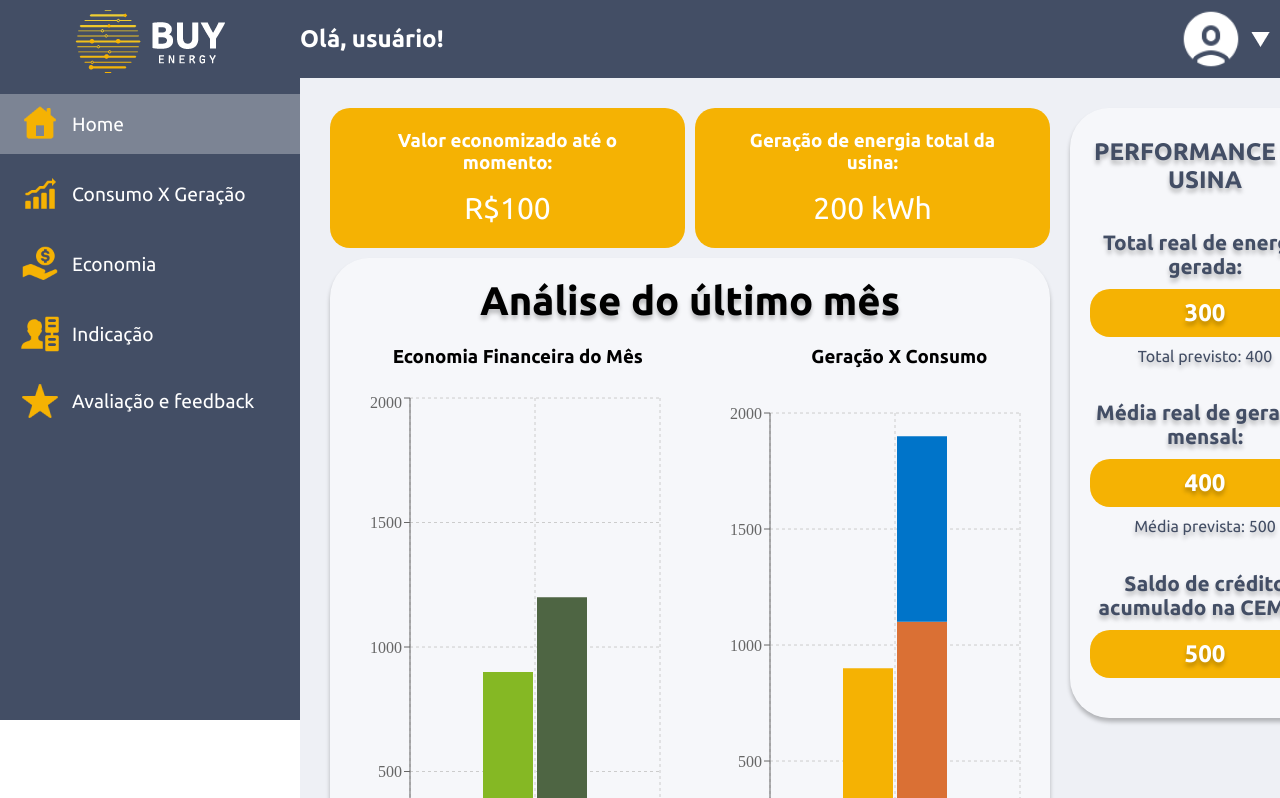
Repository: wolwerr/buyenergy-frontend
Page: /
The author's editor kept a copy of each file at every save. The page is drawn from the files as they stood at one save, then again after the next save.
The browser window is 1280 px wide. The pictures show the whole page.
An inner scrolling area shows only its first screen. The project was rebuilt for these pictures with package versions that can differ from the ones it lists, and the page was loaded fresh each time. Also part of the build but not shown: src/pages/indicacao/IndicacaoStyle.js, src/pages/indicacao/IndicacaoPage.jsx, src/pages/feedback/FeedbackStyle.js, src/pages/feedback/Feedback.jsx, src/pages/login/LoginStyle.js, src/pages/login/LoginPage.jsx, src/pages/economia/EconomiaStyle.js, src/pages/economia/EconomiaPage.jsx and 10 more.

Above is the page before, as saved 2022-10-31 16:27:06.

### public/index.html
<!DOCTYPE html>
<html lang="en">
  <head>
    <meta charset="utf-8" />
    <link rel="icon" href="%PUBLIC_URL%/favicon.ico" />
    <meta name="viewport" content="width=device-width, initial-scale=1" />
    <meta name="theme-color" content="#000000" />
    <meta
      name="description"
      content="Web site created using create-react-app"
    />
    <link rel="apple-touch-icon" href="%PUBLIC_URL%/logo192.png" />
    <!--
      manifest.json provides metadata used when your web app is installed on a
      user's mobile device or desktop. See https://developers.google.com/web/fundamentals/web-app-manifest/
    -->
    <link rel="manifest" href="%PUBLIC_URL%/manifest.json" />
    <!--
      Notice the use of %PUBLIC_URL% in the tags above.
      It will be replaced with the URL of the `public` folder during the build.
      Only files inside the `public` folder can be referenced from the HTML.

      Unlike "/favicon.ico" or "favicon.ico", "%PUBLIC_URL%/favicon.ico" will
      work correctly both with client-side routing and a non-root public URL.
      Learn how to configure a non-root public URL by running `npm run build`.
    -->
    <link rel="stylesheet" href="style.css">
    <link rel="preconnect" href="https://fonts.googleapis.com">
    <link rel="preconnect" href="https://fonts.gstatic.com" crossorigin>
    <link href="https://fonts.googleapis.com/css2?family=Ubuntu:ital,wght@0,400;0,500;0,700;1,400;1,500;1,700&display=swap" rel="stylesheet">
    <title>Buy Energy App MVP</title>
  </head>
  <body>
    <noscript>You need to enable JavaScript to run this app.</noscript>
    <div id="root"></div>
    <!--
      This HTML file is a template.
      If you open it directly in the browser, you will see an empty page.

      You can add webfonts, meta tags, or analytics to this file.
      The build step will place the bundled scripts into the <body> tag.

      To begin the development, run `npm start` or `yarn start`.
      To create a production bundle, use `npm run build` or `yarn build`.
    -->
  </body>
</html>

### src/App.js
import { BrowserRouter as Router, Route, Routes } from "react-router-dom";
import { AppCnt } from "./assets/styles/AppStyle";
import HomePage from "./pages/home/HomePage"
import IndicacaoPage from "./pages/indicacao/IndicacaoPage"
import Feedback from "./pages/feedback/Feedback"
import LoginPage from "./pages/login/LoginPage"
import Economia from "./pages/economia/EconomiaPage"
import ErrorPage from "./pages/error/ErrorPage";
import ConsumoXGeracaoPage from "./pages/consumoGeracao/ConsumoXGeracaoPage";

function App() {
  return (
    <AppCnt>
      <Router>
        <Routes>
          <Route index path="/" element={<HomePage />} />
          <Route path="/login" element={<LoginPage />} />
          <Route path="/consumo-e-geracao" element={<ConsumoXGeracaoPage />} />
          <Route path="/economia" element={<Economia />} />
          <Route path="/indicacao" element={<IndicacaoPage />} />
          <Route path="/feedback" element={<Feedback />} />
          <Route path="*" element={<ErrorPage />}/>
        </Routes>
      </Router>
    </AppCnt>
  );
}

export default App;

### src/assets/styles/AppStyle.js
import styled from "styled-components";

export const AppCnt = styled.div`
    display: flex;
    flex-direction: row;
`

### src/pages/home/HomePage.jsx
import Header from "../../layouts/header/Header";
import Main from "../../layouts/main/Main";
import {
  BotaoAmareloContainer,
  BotaoIndicacao,
  DivBarraLateral,
  Grafico,
  MainStyle,
} from "./HomePageStyle";
import ValorTotal from "../../components/home/ValorTotal";
import DadosPerformance from "../../components/home/DadosPerformance";
import NavMenu from "../../layouts/navMenu/NavMenu";
import GraficoEconomiaFinanceira from "../../components/home/GraficoEconomiaFinanceira";
import GraficoConsumoGeracao from "../../components/home/GraficoConsumoGeracao";

export default function HomePage({ userName = "usuário", value = "Valor" }) {
  return (
    <>
      <NavMenu page="home" />
      <Main>
        <MainStyle>
          <BotaoAmareloContainer>
            <ValorTotal
              title={`Valor economizado até o momento:`}
              description="R$"
              descriptionValue={value = 100}
            />
            <ValorTotal
              title="Geração de energia total da usina:"
              description={value = 200}
              descriptionValue=" kWh"
            />
          </BotaoAmareloContainer>
          <Grafico>
            <h1>Análise do último mês</h1>
            <div className="Tittle">
              <h3>Economia Financeira do Mês</h3>
              <h3>Geração X Consumo</h3>
            </div>
            <div className="divFlex">
              <GraficoEconomiaFinanceira />
              <GraficoConsumoGeracao />
            </div>
          </Grafico>
          <DivBarraLateral>
            <h1>Performance da Usina</h1>
            <DadosPerformance
              title="Total real de energia gerada:"
              value={value = 300}
              description="Total previsto: "
              descriptionValue={value = 400}
            />
            <DadosPerformance
              title="Média real de geração mensal:"
              value={value}
              description="Média prevista: "
              descriptionValue={value = 500}
            />
            <DadosPerformance
              title="Saldo de crédito acumulado na CEMIG:"
              value={value}
              description=""
              descriptionValue=""
            />
          </DivBarraLateral>
          <BotaoIndicacao to="/indicacao">
            <p>Indique amigos e ganhe comissões nas vendas</p>
            <span>Saiba mais &gt;</span>
          </BotaoIndicacao>
        </MainStyle>
      </Main>
      <Header userName={userName} />
    </>
  );
}

### src/layouts/header/Header.jsx
import React, { useEffect, useState } from 'react'
import { HeaderCnt, HeaderIconsLeft, ProfileImg, ProfileOptIcon, ProfileOptions } from './HeaderStyle'
import ProfileIcon from '../../assets/images/icons/test-account.png'
import ProfileOptionsIcon from '../../assets/images/icons/triangulo-para-baixo.png'

export default function Header({
    userName = 'usuário',
    userProfilePhoto = ProfileIcon
}) {
  const [profileOptions, setprofileOptions] = useState(false)

  function toggleProfileOptions () {
    setprofileOptions(!profileOptions)
  }

  const [windowWidth, setWindowWidth] = useState(window.innerWidth)

  const detectSize = () => {
    setWindowWidth(window.innerWidth)
  }

  useEffect(() => {
    window.addEventListener('resize', detectSize)

    return () => {
      window.removeEventListener('resize', detectSize)
    }
  }, [windowWidth])

  return (
    <HeaderCnt windowWidth={`${windowWidth}`}>
        <p>Olá, {userName}!</p>
        <HeaderIconsLeft>
          <ProfileImg src={userProfilePhoto} alt="Foto do perfil do usuário" />
          <ProfileOptIcon row src={ProfileOptionsIcon} alt="" onClick={toggleProfileOptions} />
        </HeaderIconsLeft>
        {profileOptions &&
          <ProfileOptions>
            <p>Sair</p>
          </ProfileOptions>
        }
    </HeaderCnt>
  )
}

### src/layouts/main/Main.jsx
import { useEffect, useState } from 'react'
import { MainCnt } from './MainStyle'

export default function Main({ children }) {
  const [windowWidth, setWindowWidth] = useState(window.innerWidth)

  const detectSize = () => {
    setWindowWidth(window.innerWidth)
  }

  useEffect(() => {
    window.addEventListener('resize', detectSize)

    return () => {
      window.removeEventListener('resize', detectSize)
    }
  }, [windowWidth])

  return (
    <MainCnt windowWidth={`${windowWidth}`}>
        {children}
    </MainCnt>
  )
}

### src/pages/home/HomePageStyle.js
import styled from "styled-components";
import { Link } from "react-router-dom";

export const MainStyle = styled.div`
  // height: 80vh;
  margin: 50px;
  display: grid;
  grid-template-areas:
  "amarelo lateral"
  "grafico lateral"
  "grafico lateral"
  "grafico botaoIndicacao";
  grid-template-columns: 7fr 3fr;
  grid-template-rows: auto;
  grid-column-gap: 20px;
  grid-row-gap: 10px;
  align-content: space-between;

  @media(max-width: 1400px) {
    margin: 30px;
  }
`
/* inicio container lateral*/
export const DivBarraLateral = styled.div`
  grid-area: lateral;
  border-radius: 2.5em;
  background-color: rgba(255, 255, 255, 0.5);
  box-shadow: 0px 4px 4px rgba(0, 0, 0, 0.25);
  display: flex;
  flex-direction: column;
  justify-content: space-between;
  text-align: center;
  align-items: center;
  color: #434e65;
  text-shadow: 0px 4px 4px rgba(0, 0, 0, 0.25);
  font-family: Ubuntu;
  padding: 30px 20px;
  max-width: 300px;
  height: 700px;

  @media(max-width: 1400px) {
    height: 550px;
  }
  h1 {
    text-transform: uppercase;

    @media(max-width: 1400px) {
      font-size: 1.5rem;
    }
  }
  h2 {
    color: #434e65;
    margin-bottom: 10px;

    @media(max-width: 1400px) {
      font-size: 1.3rem;
    }
  }
  h3 {
    font-size: 1.5rem;
    background: #f5b203;
    border-radius: 20px;
    width: 220px;
    padding: 10px 5px;
    text-align: center;
    margin: auto;
    color: white;
    margin-bottom: 10px;
  }
`
export const BotaoAmareloContainer = styled.div`
  grid-area: amarelo;
  width: 100%;
  display: flex;
  gap: 10px;
  justify-content: center;
`
export const Grafico = styled.div`
  grid-area: grafico;
  place-content: center;
  color: #000000;
  border-radius: 40px;
  box-shadow: 0px 4px 4px rgba(0, 0, 0, 0.25);
  background-color: rgba(255, 255, 255, 0.5);
  width: 100%;
  padding-bottom: 20px;
  .divFlex {
    display: flex;
    width: 100%;
    height: 80vh;
  }
  .Tittle{
    display: flex;
    justify-content: center;
    gap: 22%;
    margin-bottom: 24px;
  }
  .Tittle h3 {
    font-size: 700 13px 'Ubuntu';
    line-height: 15px;
    padding: 5px;
    color: #000000;
  }
  h1 {
    padding: 20px 20px;
    text-align: center;
    font: 700 2.5rem 'Ubuntu';
    color: #000;
    text-shadow: 0px 4px 4px rgba(0, 0, 0, 0.25);

    @media(max-width: 1024px) {
       padding: 10px 10px;
    }
  }
`
export const BotaoIndicacao = styled(Link)`
  grid-area: botaoIndicacao;
  max-width: 300px;
  background: #434E65;
  border-radius: 20px;
  height: 110px;
  padding: 30px 20px;
  box-sizing: border-box;
  color: #fff;
  position: relative;

  @media(max-width: 1400px) {
    padding: 20px 20px;
  }

  p {
    font: 700 1.25rem/1.3 'Ubuntu';
    text-align: center;

    @media(max-width: 1400px) {
      font-size: 1.1rem;
    }
  }

  span {
    font: 500 0.8125rem 'Ubuntu';
    position: absolute;
    right: 30px;
    top: 90px;
    text-decoration: underline;

    @media(max-width: 1400px) {
      top: 75px;
    }
  }
`

### src/components/home/ValorTotal.jsx
import React from 'react'
import { BotaoAmarelo } from './ValorTotalStyle'

export default function ValorTotal({ title="Valor Gerado",description="R$",descriptionValue="valor descrito"}) {
  return (
    <BotaoAmarelo>
        <h3>{title}</h3>
        <p>{description}{descriptionValue}</p>
    </BotaoAmarelo>
  )
}

### src/components/home/DadosPerformance.jsx
import React from 'react'

export default function DadosPerformance({ title="Titulo",value="Valor",description="Previsto",descriptionValue="Valor"}) {
  return (
    <div>
        <h2>{title}</h2>
        <h3> {value}</h3>
        <p> <strong></strong>{description}{descriptionValue}</p>
    </div>
  )
}

### src/layouts/navMenu/NavMenu.jsx
import React from 'react'
import logo from '../../assets/images/logo_negativo.png'
import iconHome from '../../assets/images/icons/home-page.png'
import iconIndicacao from '../../assets/images/icons/4 - Indicação.png'
import iconGeracaoConsumo from '../../assets/images/icons/2 - Geração x Consumo.png'
import iconEconomia from '../../assets/images/icons/3 - Economia.png'
import iconFeedback from '../../assets/images/icons/star.png'
import { NavCnt, LogoImgLink, UlNavMenu, LiNavMenu, NavIconImg, LiSpan, LinkNav, } from './NavMenuStyle'

export default function NavMenu({ page="" }) {

  return (
    <NavCnt>
      <div>
        <LogoImgLink  to="/">
            <img src={logo} alt="" />
        </LogoImgLink>
        <UlNavMenu>
            <LiNavMenu>
              <LinkNav to="/" active={page === "home" ? "active"  : ""}>
                <NavIconImg src={iconHome} alt=''/>
                <LiSpan active={page === "home" ? "active"  : ""}>Home</LiSpan>
              </LinkNav>
            </LiNavMenu>
            <LiNavMenu>
              <LinkNav to="/consumo-e-geracao" active={page === "consumoGeracao" ? "active"  : ""}>
                <NavIconImg src={iconGeracaoConsumo} alt=''/>
                <LiSpan active={page === "indicacao" ? "active"  : ""}>Consumo X Geração</LiSpan>
              </LinkNav>
            </LiNavMenu>
            <LiNavMenu>
              <LinkNav to="/economia" active={page === "economia" ? "active"  : ""}>
                <NavIconImg src={iconEconomia} alt=''/>
                <LiSpan active={page === "indicacao" ? "active"  : ""}>Economia</LiSpan>
              </LinkNav>
            </LiNavMenu>
            <LiNavMenu>
              <LinkNav to="/indicacao" active={page === "indicacao" ? "active"  : ""}>
                <NavIconImg src={iconIndicacao} alt=''/>
                <LiSpan active={page === "indicacao" ? "active"  : ""}>Indicação</LiSpan>
              </LinkNav>
            </LiNavMenu>
            <LiNavMenu>
              <LinkNav to="/feedback" active={page === "feedback" ? "active"  : ""}>
                <NavIconImg src={iconFeedback} alt=''/>
                <LiSpan active={page === "feedback" ? "active"  : ""}>Avaliação e feedback</LiSpan>
              </LinkNav>
            </LiNavMenu>
        </UlNavMenu>
      </div>
    </NavCnt>
  )
}

### src/components/home/GraficoEconomiaFinanceira.jsx
import React, { PureComponent } from 'react';
import { BarChart, Bar, XAxis, YAxis, CartesianGrid, Tooltip, Legend, ResponsiveContainer } from 'recharts';

const data = [
  {
    reais: 2000,
    name: 'maio/2022',
    "Com a usina você pagou": 900,
    "Sem a usina você pagaria": 1200,
  }
];

export default class GraficoEconomiaFinanceira extends PureComponent {
  static demoUrl = 'https://codesandbox.io/s/simple-bar-chart-tpz8r';

  render() {
    return (
      <ResponsiveContainer width="100%" height="100%">
        <BarChart
          width={500}
          height={300}
          data={data}
          margin={{
            top: 5,
            right: 30,
            left: 20,
            bottom: 5,
          }}
        >
          <CartesianGrid strokeDasharray="3 3" />
          <XAxis dataKey="name" />
          <YAxis dataKey="reais"/>
          <Tooltip />
          <Legend />
          <Bar dataKey="Com a usina você pagou" fill="#85B824" barSize={50}/>
          <Bar dataKey="Sem a usina você pagaria" fill="#4E6543" barSize={50}/>
        </BarChart>
      </ResponsiveContainer>
    );
  }
}

### src/components/home/GraficoConsumoGeracao.jsx
import React, { PureComponent } from 'react';
import { BarChart, Bar, XAxis, YAxis, CartesianGrid, Tooltip, Legend, ResponsiveContainer } from 'recharts';

const data = [
  {
    reais: 2000,
    name: 'maio/2022',
    "Sua geração total do mês": 900,
    "Energia consumida da sua Usina": 1100,
    "Energia consumida da CEMIG": 800,
  },
];

export default class GraficoConsumoGeracao extends PureComponent {
  static demoUrl = 'https://codesandbox.io/s/mixed-bar-chart-q4hgc';

  render() {
    return (
      <ResponsiveContainer width="100%" height="100%">
        <BarChart
          width={500}
          height={300}
          data={data}
          margin={{
            top: 20,
            right: 30,
            left: 20,
            bottom: 5,
          }}
        >
          <CartesianGrid strokeDasharray="3 3" />
          <XAxis dataKey="name" />
          <YAxis dataKey="reais" />
          <Tooltip />
          <Legend />
          <Bar dataKey="Sua geração total do mês" fill="#F5B203" barSize={50}/>
          <Bar dataKey="Energia consumida da sua Usina" stackId="a" fill="#DA7034" barSize={50}/>
          <Bar dataKey="Energia consumida da CEMIG" stackId="a" fill="#0074C9" barSize={50}/>
        </BarChart>
      </ResponsiveContainer>
    );
  }
}

### src/layouts/header/HeaderStyle.js
import styled from "styled-components";

export const HeaderCnt = styled.header`
    background-color: #434e65;
    position: fixed;
    top: 0px;
    left: 300px;
    padding: 5px 0;
    width: ${props => props.windowWidth - 300}px;
    display: flex;
    flex-flow: row nowrap;
    justify-content: space-between;
    align-items: center;

    p {
        font-size: 1.5em;
        color: white;
        font-weight: 700;
    }
`

export const HeaderIcon = styled.img`
    width: 100%;
    height: auto;
    max-width: 45px;
    margin-right: 10px;
`

export const ProfileImg = styled.img`
    width: 100%;
    height: auto;
    max-width: 60px;
    border-radius: 100px;
`

export const ProfileOptIcon = styled.img`
    width: 100%;
    height: auto;
    max-width: 20px;
    margin: 0 10px;
`

export const HeaderIconsLeft = styled.div`
    display: flex;
    flex-direction: row;
    align-items: center;
`

export const ProfileOptions = styled.div`
    background-color: #434e65;
    color: white;
    width: 100px;
    height: auto;
    position: absolute;
    top: 78px;
    right: 0px;
    border: 1px solid gray;
    text-transform: uppercase;
    border-radius: 10px;
    box-shadow: 0px 4px 4px rgba(0, 0, 0, 0.25);
    text-align: center;
    padding: 10px 0;
    margin: 0;
`

### src/layouts/main/MainStyle.js
import styled from "styled-components";
import backgroundImg from "../../assets/images/background.png"

export const MainCnt = styled.main`
    /* background-image: url(${backgroundImg});
    background-repeat: no-repeat;
    background-position: right top;
    background-size: cover; */
    // position: fixed;
    position: absolute;
    top: 78px;
    left: 300px;
    width: ${props => props.windowWidth - 300}px;
    height: 100%;
    background-color: rgb(238,240,245);
    overflow: auto;
`

### src/components/home/ValorTotalStyle.js
import styled from "styled-components";

export const BotaoAmarelo = styled.div`
  display: flex;
  flex-direction: column;
  align-items: center;
  justify-content: center;
  text-align: center;
  background-color: #f5b203;
  border-radius: 20px;
  width: 355px;
  height: 160px;
  font-size: 20px;
  color: white;
  margin: auto;

  @media(max-width: 1400px) {
    font-size: 16px;
    height: 140px;
  }

  h3 {
    font-family: 'Ubuntu';
    font-style: normal;
    text-align: center;
    padding: 0 30px;
  }

  p {
    font-size: 40px;
    font-family: ubuntu;
    font-style: bold;
    padding-top: 5%;

    @media(max-width: 1400px) {
      font-size: 30px;
    }
  }
`;

### src/layouts/navMenu/NavMenuStyle.js
import styled from "styled-components";
import { Link } from "react-router-dom";

export const NavCnt = styled.nav`
    background-color: #434e65;
    position: fixed;
    top: 0;
    left: 0;
    height: 100%;
    width: 300px;
    display: flex;
    flex-direction: column;
    justify-content: space-between;
    overflow: hidden;
`

export const LogoImgLink = styled(Link)`
    display: flex;

    img {
        text-align: center;
        margin: 10px auto;
    }
`

export const UlNavMenu = styled.ul`
    list-style: none;
    margin-block-start: 0;
    margin-block-end: 0;
    padding-inline-start: 0;
`

export const LiNavMenu = styled.li`
    color: white;
    margin: 10px 0;
`

export const NavIconImg = styled.img`
    max-width: 40px;
`

export const LiSpan = styled.span`
    margin-left: 12px;
    font-size: 1.2em;
`

export const LinkNav = styled(Link)`
    display: flex;
    align-items: center;
    background-color: ${props => props.active ? "rgba(255, 255, 255, 0.3)" : ""};
    padding: 10px 20px;

    &:link, &:visited, &:hover, &:active {
        color: white;
        text-decoration: none;
    }

    &:hover {
        font-weight: 900;
    }
`

export const BottomNavDiv = styled.div`
    margin: 10px;
`

export const PSpan = styled.span`
    font-family: 'Ubuntu';
    margin-left: 12px;
`

### public/style.css
body {
    margin: 0 auto;
}

p, li, h1, h2, h3, h4, h5, a {
    font-family: 'Ubuntu';
    margin: 0;
}

a {
    text-decoration: none;
}

Loaded but not shown: src/index.js (common file)

After the next save:
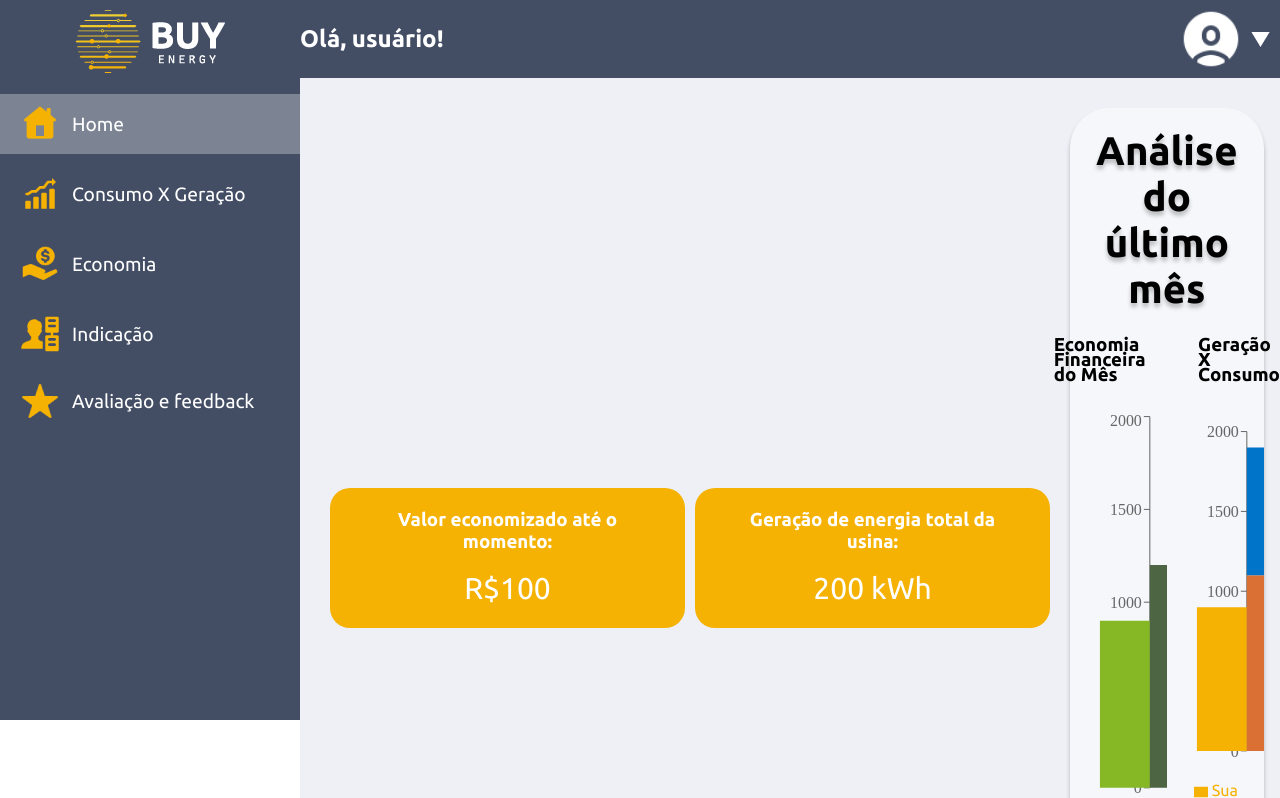
Saved 16 s later.
--- a/src/pages/home/HomePageStyle.js
+++ b/src/pages/home/HomePageStyle.js
@@ -4,7 +4,7 @@
 export const MainStyle = styled.div`
   // height: 80vh;
   margin: 50px;
-  display: grid;
+  display: flex;
   grid-template-areas:
   "amarelo lateral"
   "grafico lateral"

After the save that followed:
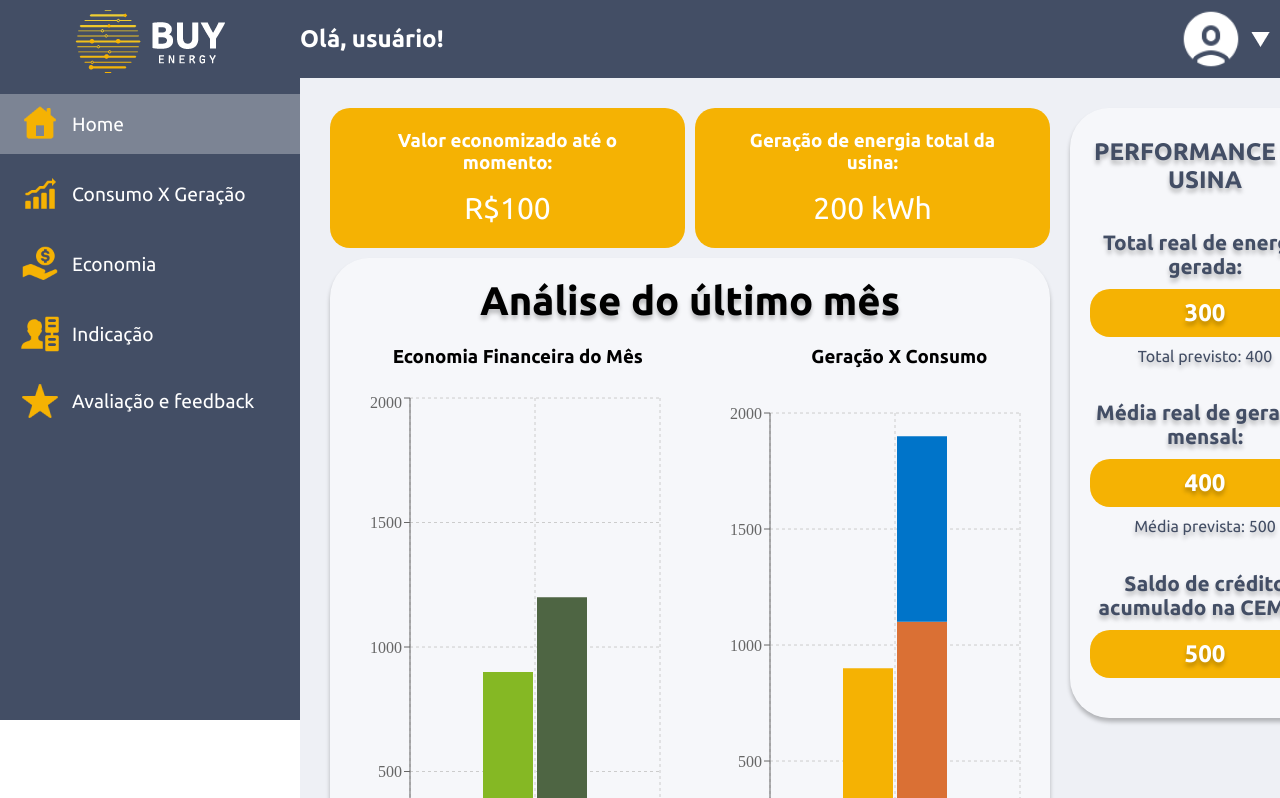
Saved 7 s later.
--- a/src/pages/home/HomePageStyle.js
+++ b/src/pages/home/HomePageStyle.js
@@ -4,7 +4,7 @@
 export const MainStyle = styled.div`
   // height: 80vh;
   margin: 50px;
-  display: flex;
+  display: grid;
   grid-template-areas:
   "amarelo lateral"
   "grafico lateral"
